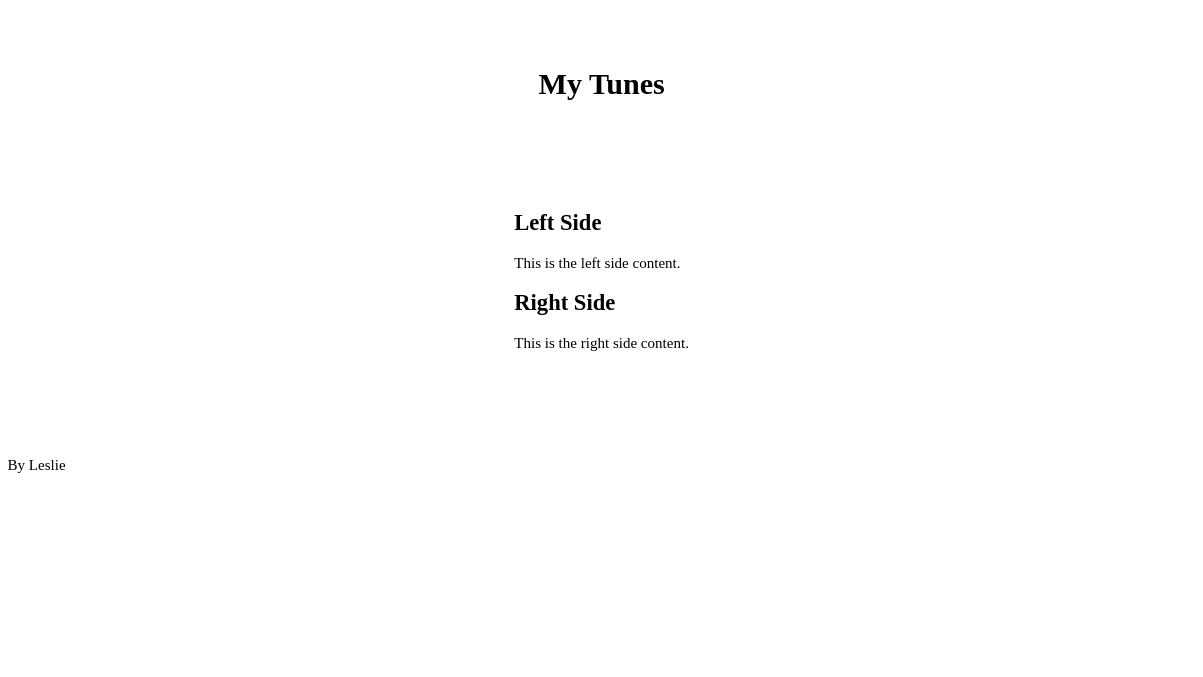
Repository: leslie179/labOne
Page: /
The author's editor kept a copy of each file at every save. The page is drawn from the files as they stood at one save, then again after the next save.
The browser window is 1280 px wide. The pictures show the whole page, at 94% of full size.
The project was rebuilt for these pictures with package versions that can differ from the ones it lists, and the page was loaded fresh each time. The framework's server and built-in components were replaced by stand-ins that run in the browser. Also part of the build but not shown: next.config.js, components/Footer/Footer.module.css, components/LeftComponent/LeftComponent.module.css, components/RightComponent/RightComponent.module.css.

Above is the page before, as saved 2024-09-15 21:36:18.

After the next save:
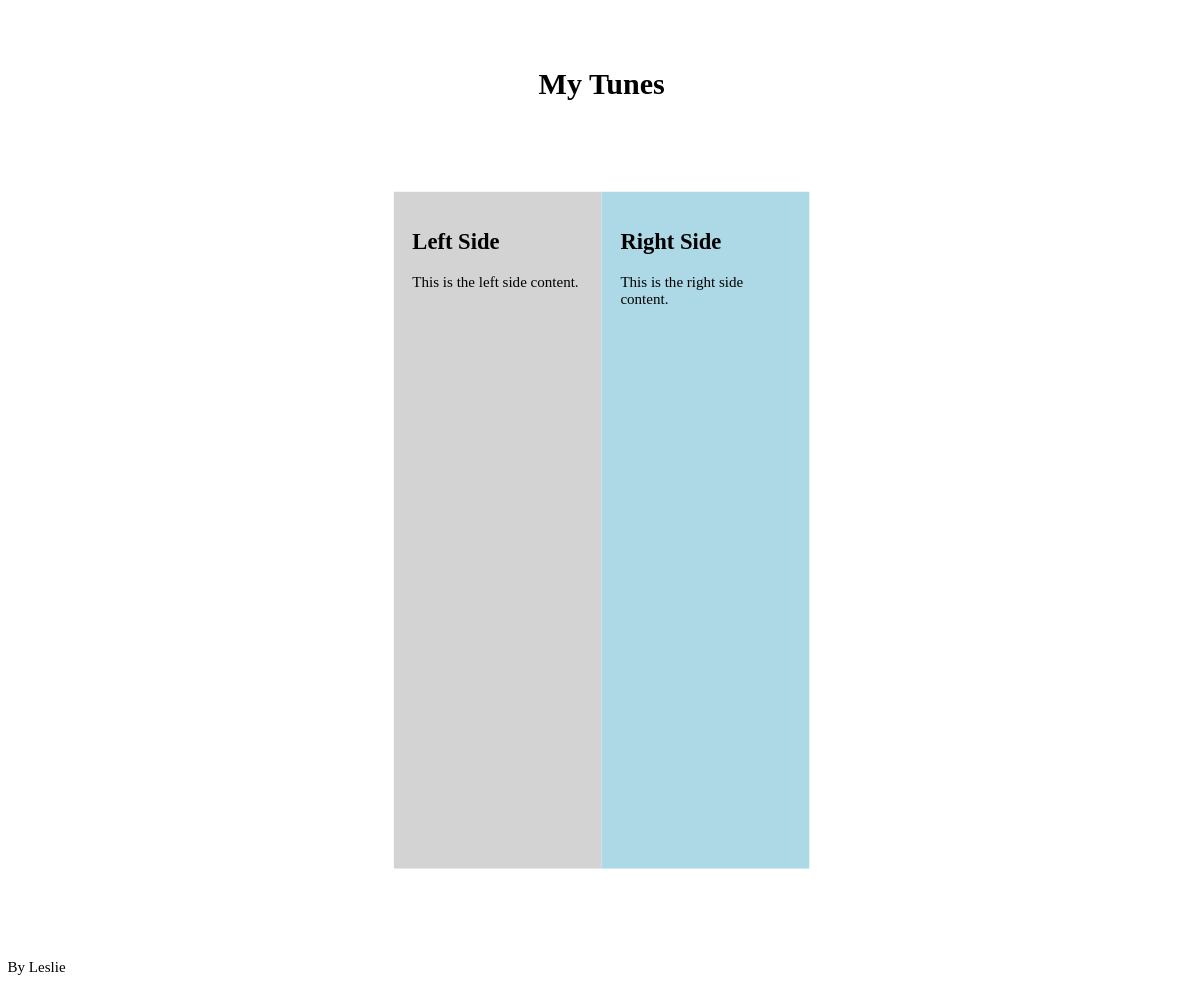
Saved 54 s later.
--- a/styles/Home.module.css
+++ b/styles/Home.module.css
@@ -6,3 +6,24 @@
   padding: 6rem;
   min-height: 20vh;
 }
+
+
+.container {
+  display: flex;
+  justify-content: space-between;
+  height: 100vh;
+}
+
+.left, .right {
+  flex: 1;
+  padding: 20px;
+  box-sizing: border-box;
+}
+
+.left {
+  background-color: lightgray;
+}
+
+.right {
+  background-color: lightblue;
+}
